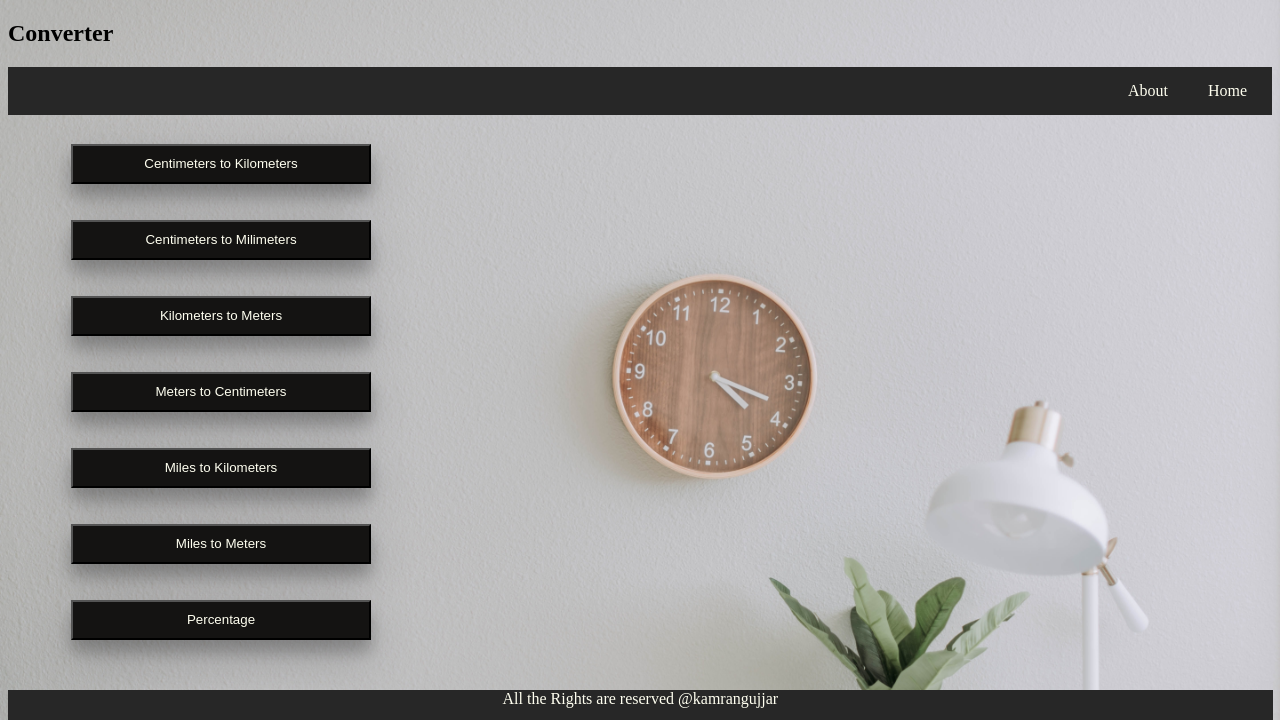
Repository: Kamrangujjar85112/Length-Converter
Page: html/home.html
The author's editor kept a copy of each file at every save. The page is drawn from the files as they stood at one save, then again after the next save.
The browser window is 1280 px wide. The pictures show the whole page.

Above is the page before, as saved 2022-01-26 23:34:16.

### html/home.html
<!-- home -->
<!DOCTYPE html>
<html lang="en">
<head>
    <meta charset="UTF-8">
    <meta http-equiv="X-UA-Compatible" content="IE=edge">
    <meta name="viewport" content="width=device-width, initial-scale=1.0">
    <title>Converter</title>
    <link rel="stylesheet" href="../css/style.css">

</head>
<body>

   <div class="container ">

       <!-- navbar -->
        <div class="header">
            <nav>
               <h1>Converter</h1>
                <ul class="nav-ul">
                    <li class="nav-li"><a href="home.html">Home</a></li>
                    <li class="nav-li"><a href="about.html">About</a></li>
                </ul>
            </nav>
        <!-- end navbar -->

        <!-- content -->
        </div>
            <ul>
                <!-- Centimeters to Kilometers -->
                <li class="link">
                    <a href="cm_km.html"><button>Centimeters to Kilometers</button></a>
                </li>

                <!-- Centimeters to Milimeters -->
                <li class="link">
                    <a href="cm_mm.html"><button>Centimeters to Milimeters</button></a>
                </li>

                <!-- Kilometers to Meters -->
                <li class="link">
                    <a href="km_m.html"><button>Kilometers to Meters</button></a>
                </li>

                <!-- Meters to Centimeters -->
                <li class="link">
                    <a href="m_cm.html"><button>Meters to Centimeters</button></a>
                </li>

                <!-- Miles to Kilometers -->
                <li class="link">
                    <a href="mi_km.html"><button>Miles to Kilometers</button></a>
                </li>

                <!-- Miles to Meters -->
                <li class="link">
                    <a href="mi_m.html"><button>Miles to Meters</button></a>
                </li>

                <!-- Percentage -->
                <li class="link">
                    <a href="percentage.html"><button>Percentage</button></a>
                </li>
            </ul>
        </div>
        <!-- end content -->

        <!-- footer -->
        <footer class="footer">
            <span>All the Rights are reserved @kamrangujjar</span>
        </footer>
        <!-- end footer -->
    </div>

    <!-- javascript link -->
    <script src="../js/converter.js"></script>
</body>
</html>

### css/style.css
/* body */
body{
    background-image: url('backg.jpg');
    background-repeat: no-repeat;
    background-attachment: fixed;
    background-size: cover;
/* aboutpage  */
}
.aboutclass {
    margin-top: 10px;
    margin-left: 300px;
    margin-bottom: 10px;
    padding-bottom: 30px;
    color: #3F51B5;
    height: 100%;
    width: 50%;
    background-color: rgb(218, 218, 226);
    text-align: left;
}
/* texts on about page */
.texts{
    margin-left: 10px;
    padding-left: 10px;
}
/* skills list */
.listFlex {
    display: flex;
    list-style: none;
    text-decoration: none;
}
/* about image */
img {
  width: 300px;
  height: 300px;
  align-items: center;
  margin-top: 20px;
  padding-left: 150px;
}
/* header of every page */
.header{
    top: 0;
    width: 100%;
    margin: 0;
    position: relative;

}
/* navbar */
.nav-ul{
    list-style-type: none;
    margin: 0;
    overflow: hidden;
    background: rgb(39, 39, 39);
  }
/* navbarlist */
.nav-li {
    padding-right: 10px;
    float: right;
    align-items: inherit;
}
/* navbarlist links  */
.nav-li a {
    display: block;
    color: ivory;
    text-align:center;
    padding: 15px 15px;
    text-decoration: none;
}
/* navbar hover */
.nav-li a:hover {
    background-color: rgba(4, 192, 29, 0.733);
}
/* links on homepage */
.link {
    list-style: none;
    text-align: left;
    align-items: left;
    margin: 10px;
    width: 300px;
}
/* footer class */
footer{
    bottom: 0;
    width: 98.8%;
    position: fixed;
    color: ivory;
    height: 30px;
    text-align: center;
    background: rgb(39, 39, 39);
}
/* button decoration    */
button{
    width: 100%;
    height:40px;
    color: ivory;
    background-color: #141312;
    margin:13px;
    box-shadow: 0 12px 16px 0 rgba(0,0,0,0.24), 0 17px 50px 0 rgba(0,0,0,0.19);
}
/* convert buttons */
#convert{
    width: 100px;
    height:40px;
    color: ivory;
    background-color: #141312;
    margin:13px;
    box-shadow: 0 12px 16px 0 rgba(0,0,0,0.24), 0 17px 50px 0 rgba(0,0,0,0.19);
}
/* reset buttons */
#reset{
    width: 100px;
    height:40px;
    color: ivory;
    background-color: #141312;
    margin:13px;
    box-shadow: 0 12px 16px 0 rgba(0,0,0,0.24), 0 17px 50px 0 rgba(0,0,0,0.19);
}
/* flex box of converters */
.flex-container {
    margin-top: 50px;
    margin-left: 430px;
    display: flex;
    justify-content: center;
    align-items: center;
    height: 300px;
    width: 400px;
    background-color: rgb(218, 218, 226);
    text-align: center;
  }

### js/converter.js
// Getting Elements from the pages
const inputCmToMm = document.getElementById('centimetersToMilimeters');
const inputMiToKm = document.getElementById('milesToKilometers');
const inputMToCm = document.getElementById('metersToCentimeters');
const inputCmToKm = document.getElementById('centimetersToKilometers');
const inputKmToM = document.getElementById('kilometersToMeters');
const inputMiToM = document.getElementById('milesToMeters');
const inputFValue = document.getElementById('firstValue');
const inputSValue = document.getElementById('secondValue');
const p = document.getElementById('percent');
const convert = document.getElementById('convert');
const reset = document.getElementById('reset');

// // Converter
convert?.addEventListener('click', function converter(){
// centimeters To kilometers
if(inputCmToKm?.value){
    const Km2 = inputCmToKm?.value / 100000;
    document.getElementById('cmToKm').innerHTML = inputCmToKm?.value +' Centimeters are equal to ' +Km2 + ' Kilometers';
}
// centimeters To Milimeters
if(inputCmToMm?.value){
    const Mm = inputCmToMm?.value * 10;
    document.getElementById('cmToMm').innerHTML = inputCmToMm?.value +' Centimeters are equal to ' +Mm + ' Milimeters';
}
// Miles to kilometers
if(inputMiToKm?.value){
    const Km1 = inputMiToKm?.value * 1.609;
    document.getElementById('miToKm').innerHTML = inputMiToKm?.value +' Miles are equal to ' +Km1 + ' Kilometers';
}
// Meters to Centimeters
if(inputMToCm?.value){
    const Cm1 = inputMToCm?.value * 100;
    document.getElementById('mToCm').innerHTML = inputMToCm?.value +' Meters are equal to ' +Cm1 + ' Centimeters';
}
// kilometers To meters
if(inputKmToM?.value){
    const M1 = inputKmToM?.value * 1000;
    document.getElementById('kmToM').innerHTML = inputKmToM?.value +' Kilometers are equal to ' +M1 + ' Meters';
}
// Miles To meters
if(inputMiToM?.value){
    const M2 = inputMiToM?.value * 1609;
    document.getElementById('miToM').innerHTML = inputMiToM?.value +' Miles are equal to ' +M2 + ' Meters';
}
// percentage
if(inputFValue?.value || inputSValue?.value){
    const fValue = inputFValue?.value;
    const sValue = inputSValue?.value;
    const per = fValue * 100 / sValue;
    document.getElementById('percent').innerHTML = 'The ' + fValue +' Percent of ' +sValue + ' is ' + per ;
}
});

// // Reset
reset?.addEventListener('click', function reset(){

// centimeters To kilometers
if(inputCmToKm?.value){
document.getElementById('centimetersToKilometers').value = "";
document.getElementById('cmToKm').innerHTML = "";
}
// centimeters To Milimeters
if(inputCmToMm?.value){
    document.getElementById('centimetersToMilimeters').value= "";
    document.getElementById('cmToMm').innerHTML = "";
}
// Miles to kilometers
if(inputMiToKm?.value){
    document.getElementById('milesToKilometers').value = "";
    document.getElementById('miToKm').innerHTML = "";
}
// Meters to Centimeters
if(inputMToCm?.value){
    document.getElementById('metersToCentimeters').value = "";
    document.getElementById('mToCm').innerHTML = "";
}
// kilometers To meters
if(inputKmToM?.value){
    document.getElementById('kilometersToMeters').value = "";
    document.getElementById('kmToM').innerHTML = "";
}
// Miles To Meters
if(inputMiToM?.value){
    document.getElementById('milesToMeters').value = "";
    document.getElementById('miToM').innerHTML = "";
}
// percentage
if(inputFValue?.value || inputSValue?.value){
    document.getElementById('firstValue').value = "";
    document.getElementById('secondValue').value = "";
    document.getElementById('percent').innerHTML = "";
}
});

After the next save:
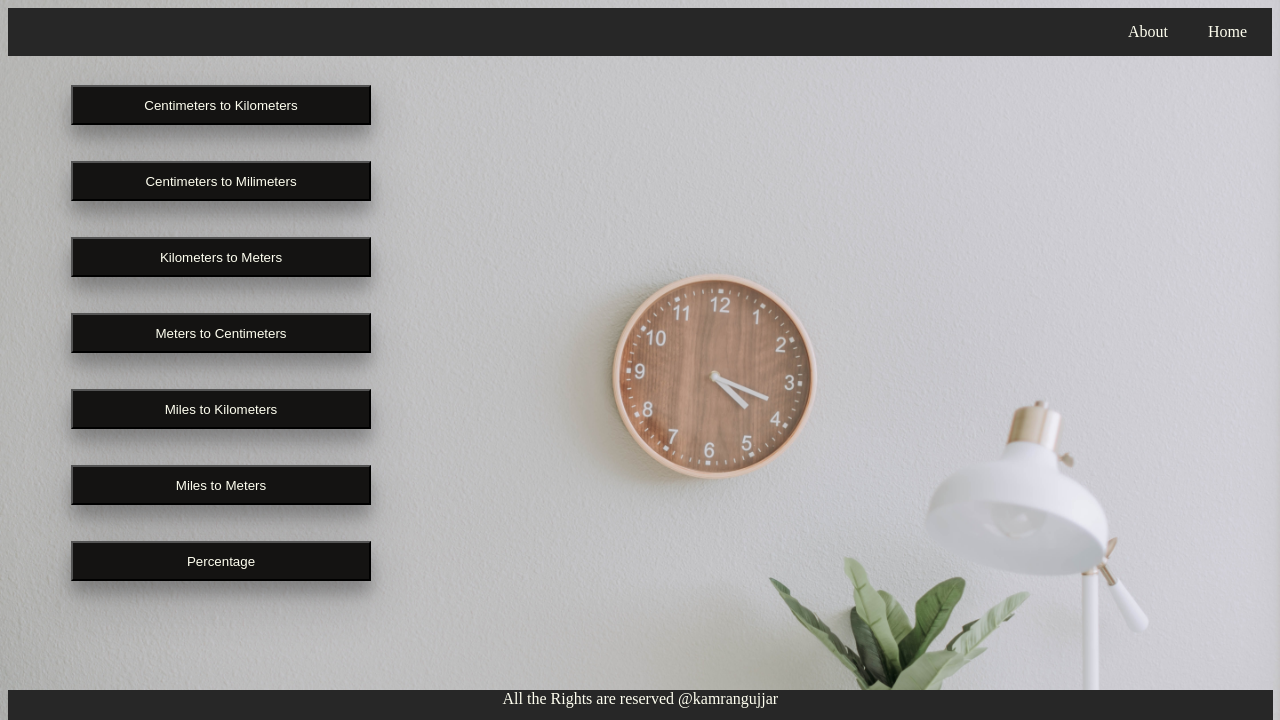
Saved 3 s later.
--- a/html/home.html
+++ b/html/home.html
@@ -16,7 +16,6 @@
        <!-- navbar -->
         <div class="header">
             <nav>
-               <h1>Converter</h1>
                 <ul class="nav-ul">
                     <li class="nav-li"><a href="home.html">Home</a></li>
                     <li class="nav-li"><a href="about.html">About</a></li>
